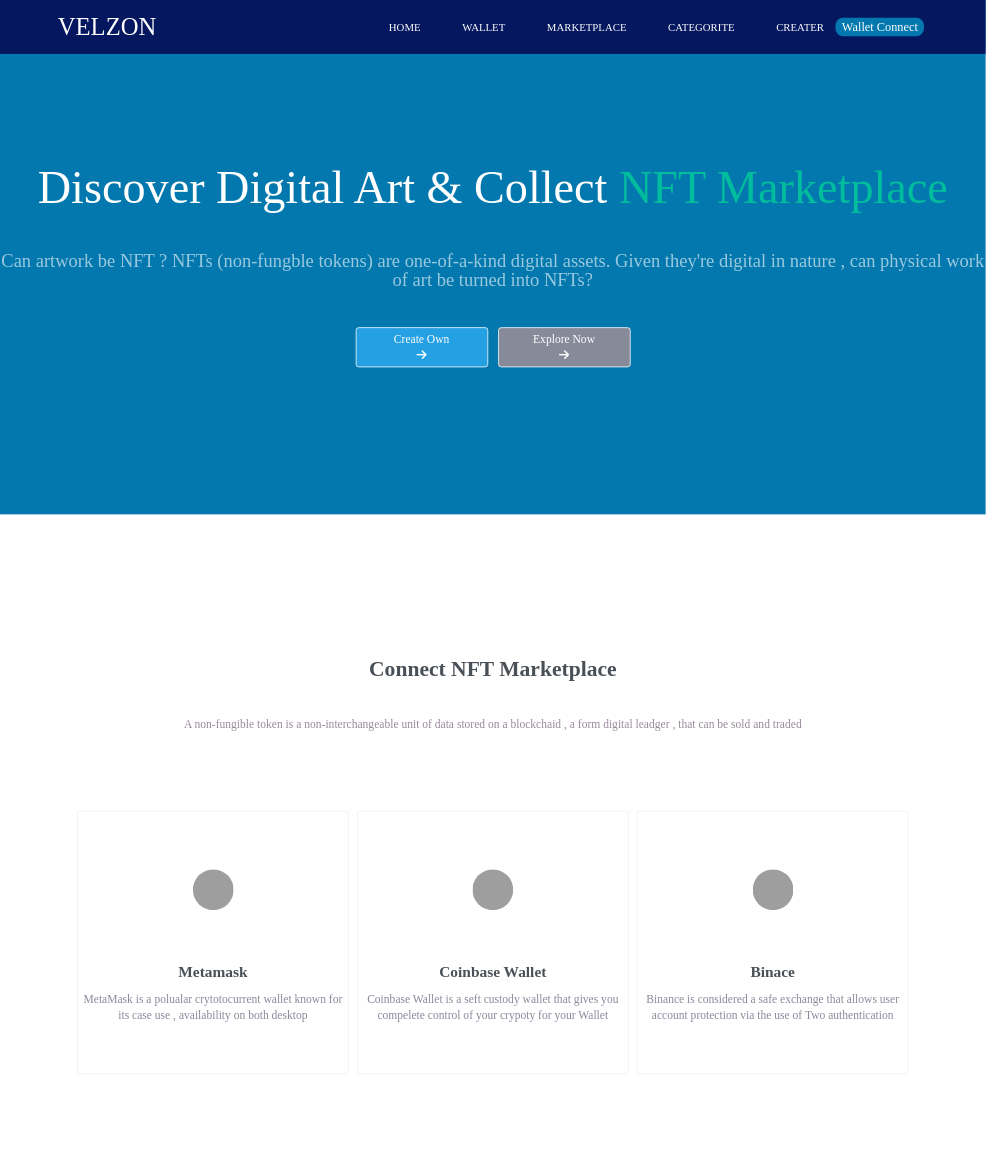
Repository: HuynhDuc23/Webvideodesgin
Page: index.html
An editor plug-in stored every save of this project. The page is shown before and after the next save, followed by the edit.
The browser window is 1280 px wide. The page is 1293 px wide, so the pictures cover 1293 px, including what lies to the right of the window. The pictures show the whole page, at 77% of full size.
Pictures or frames that could not be fetched are drawn as grey boxes. The style sheet was rebuilt from its Sass, Less or Tailwind sources for each picture, by a compiler version that may differ from the author's.

Above is the page before, as saved 2023-04-26 08:50:01.

After the next save:
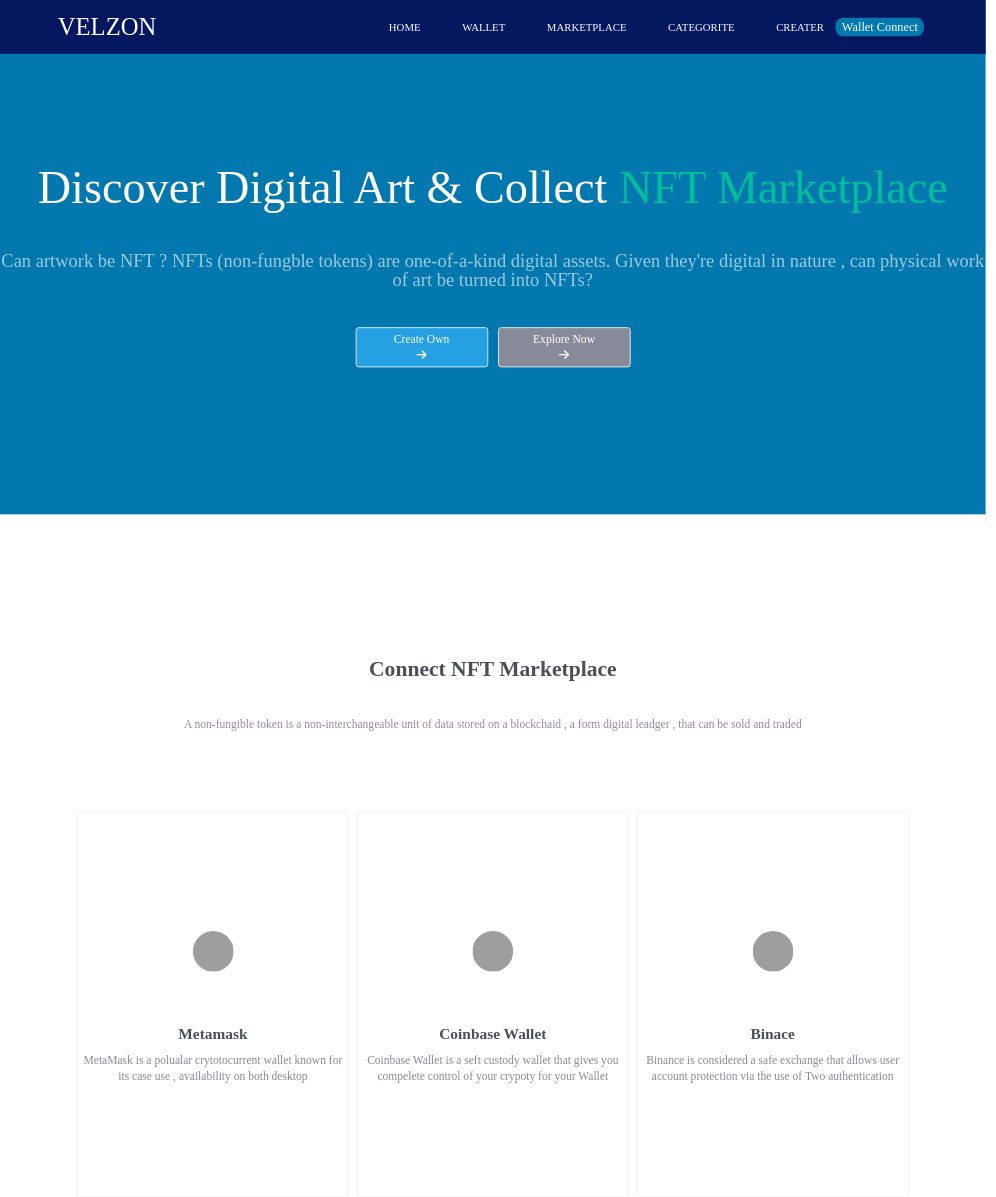
Saved 15 s later.
--- a/style.scss
+++ b/style.scss
@@ -181,7 +181,7 @@
     align-items: center;
     .box-items {
         width: 351px;
-        height: 340px;
+        height: 500px;
         background-color: white;
         border : 0.5px solid #eeee ;
         border-radius: 2px;

After the save that followed:
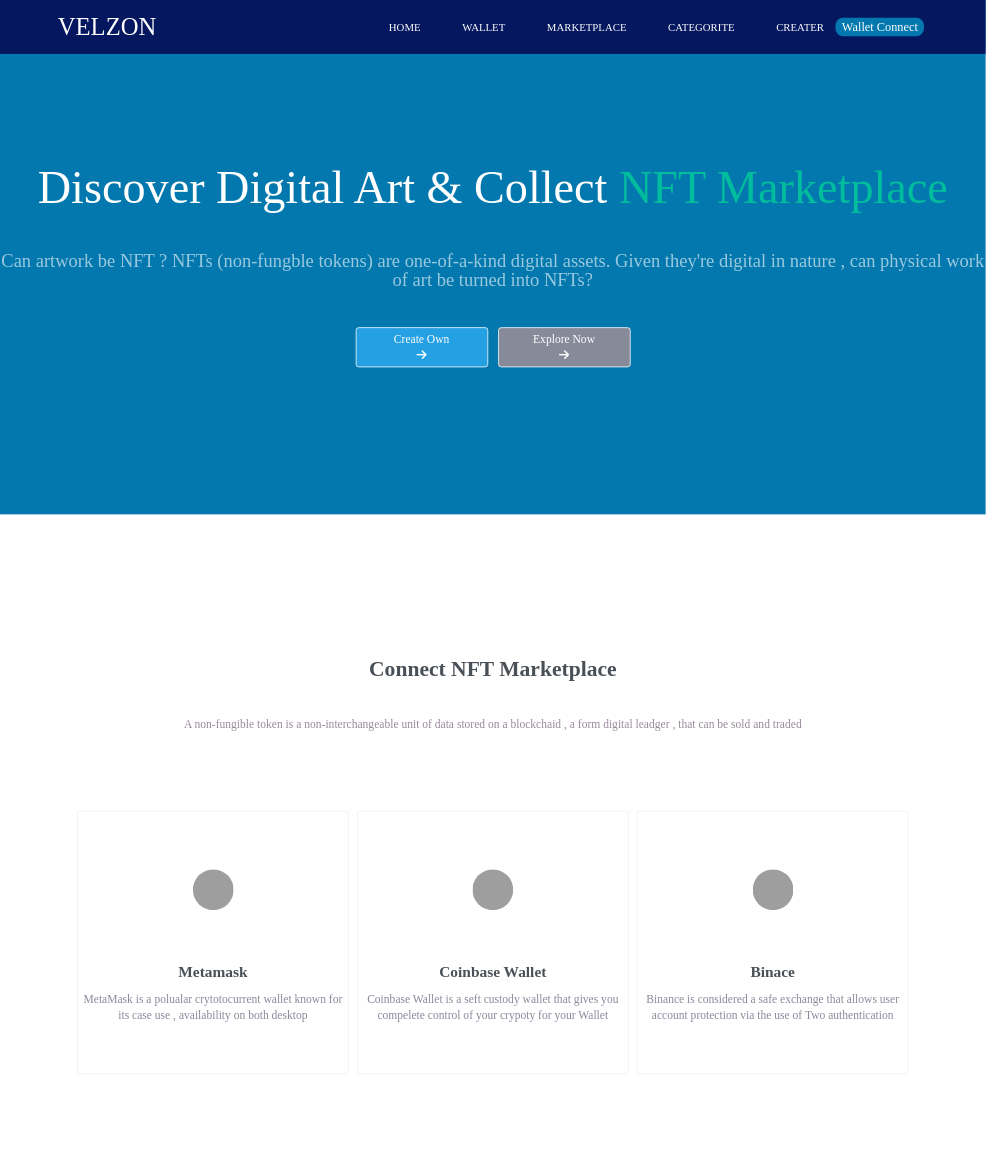
Saved 14 s later.
--- a/style.scss
+++ b/style.scss
@@ -181,7 +181,7 @@
     align-items: center;
     .box-items {
         width: 351px;
-        height: 500px;
+        height: 340px;
         background-color: white;
         border : 0.5px solid #eeee ;
         border-radius: 2px;
